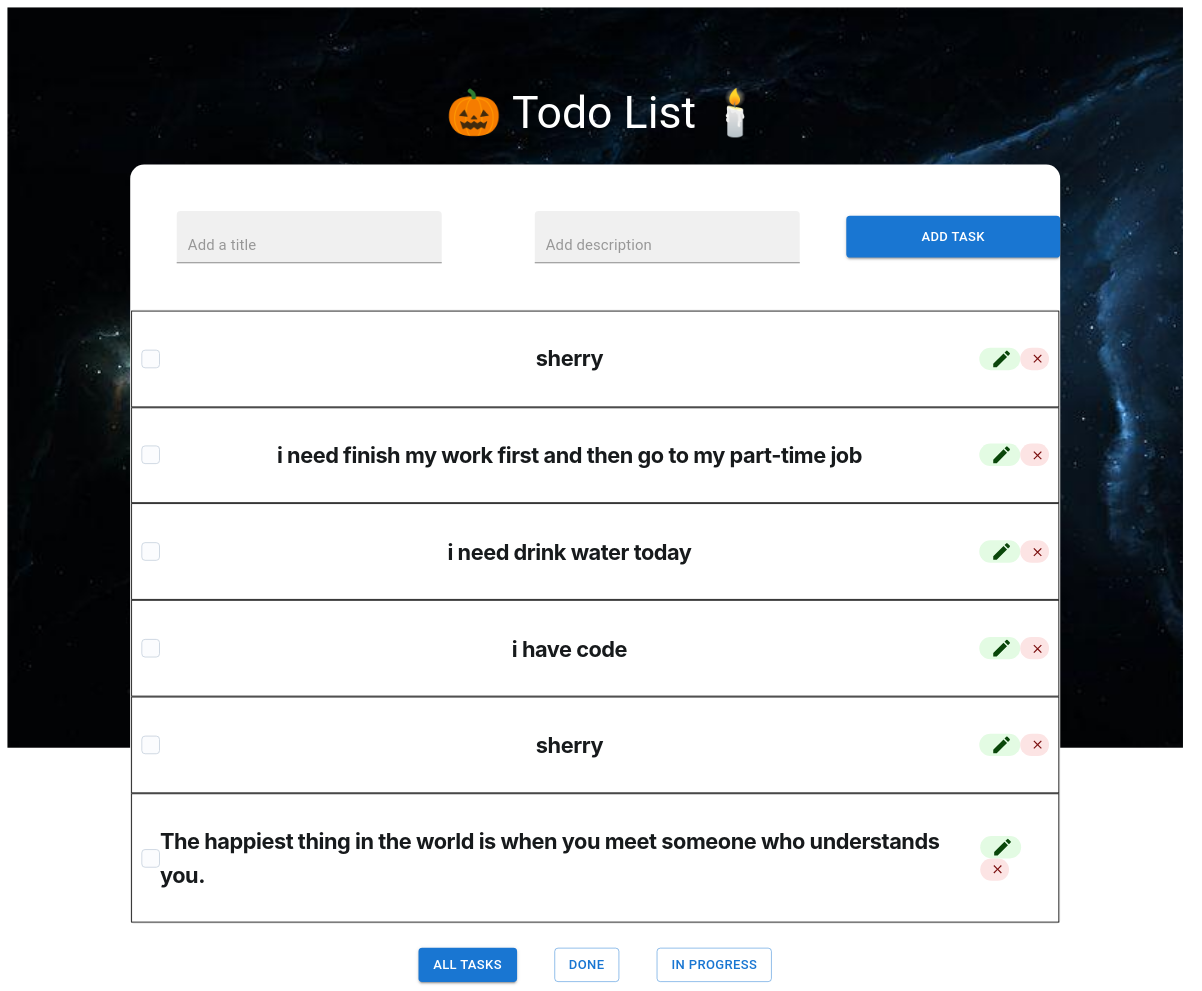
Repository: Tracy-maker/TodoList
Page: /
An editor plug-in stored every save of this project. The page is shown before and after the next save, followed by the edit.
The browser window is 1280 px wide. The page is 1292 px wide, so the pictures cover 1292 px, including what lies to the right of the window. The pictures show the whole page, at 93% of full size.
The project was rebuilt for these pictures with package versions that can differ from the ones it lists, and the page was loaded fresh each time. Requests to the local data server were answered from the project's data file. Also part of the build but not shown: src/components/TaskEdit.js.

Above is the page before, as saved 2023-09-20 12:13:14.

After the next save:
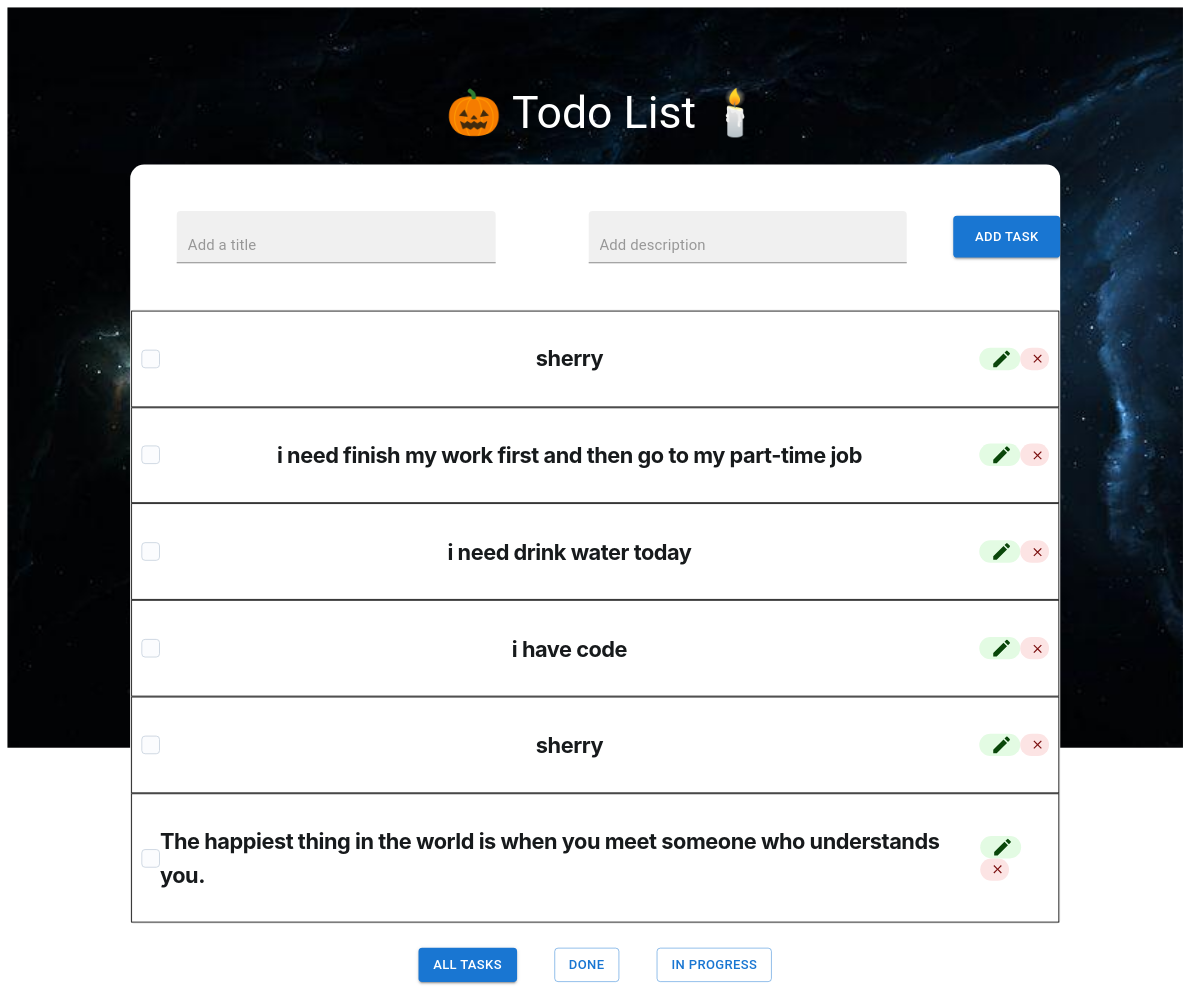
Saved 6 s later.
--- a/src/components/CreateTask.js
+++ b/src/components/CreateTask.js
@@ -13,7 +13,7 @@ const Input = styled(TextField)`
 const AddButton = styled(Button)`
   padding: 5%;
   margin: auto;
-  width: 50%;
+  width: 20%;
   padding: 10px;
   text-align: center;
 `;
